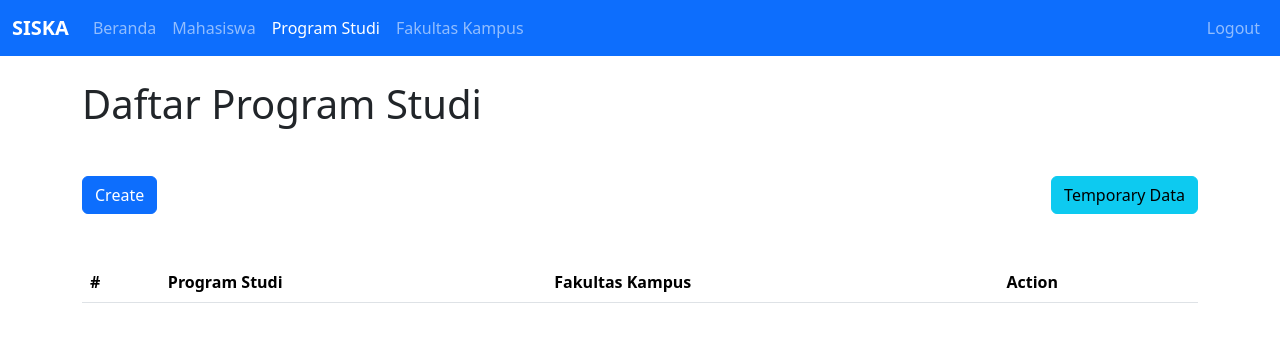
Repository: WiraAtma/administrasi-kampus
Page: http://localhost/prodi
An editor plug-in stored every save of this project. The page is shown before and after the next save, followed by the edit.
The browser window is 1280 px wide. The pictures show the whole page.
The page is served by the project's Laravel application, run on PHP 8.4 with Laravel 12. A made-up administrator, Test User (test@example.com), is signed in. Queries for data that is not in the repository find no rows.

Above is the page before, as saved 2024-10-25 15:48:19.

After the next save:
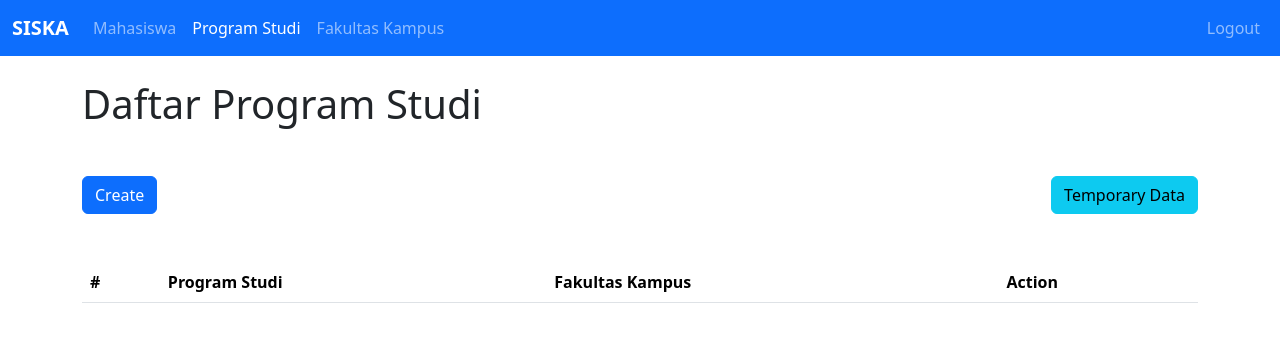
Saved 70 s later.
--- a/resources/views/layouts/mainLayouts.blade.php
+++ b/resources/views/layouts/mainLayouts.blade.php
@@ -16,7 +16,7 @@
           </button>
           <div class="collapse navbar-collapse" id="navbarTogglerDemo02">
               <ul class="navbar-nav me-auto mb-2 mb-lg-0">
-              @if(auth()->user()->name == '' || auth()->user()->role_id == 1)
+              @if(auth()->user()->name == '')
                 <li class="nav-item">
                   <a class="nav-link {{ request()->is('/') ? 'active' : ''}}" href="/">Beranda</a>
                 </li>

After the 3 saves that followed:
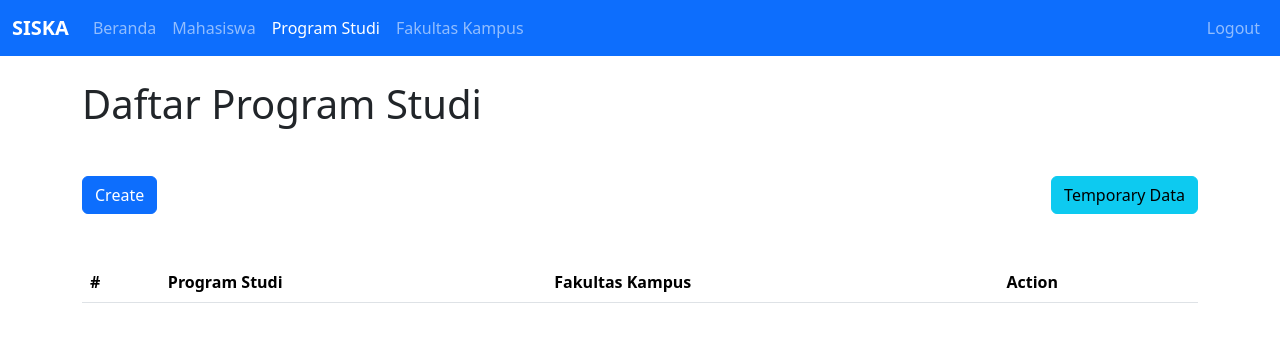
The 3 saves are shown as one change because they came seconds apart.
The last was saved 11 s later.
--- a/resources/views/layouts/mainLayouts.blade.php
+++ b/resources/views/layouts/mainLayouts.blade.php
@@ -16,7 +16,7 @@
           </button>
           <div class="collapse navbar-collapse" id="navbarTogglerDemo02">
               <ul class="navbar-nav me-auto mb-2 mb-lg-0">
-              @if(auth()->user()->name == '')
+              @if(auth()->user()->name != '')
                 <li class="nav-item">
                   <a class="nav-link {{ request()->is('/') ? 'active' : ''}}" href="/">Beranda</a>
                 </li>
